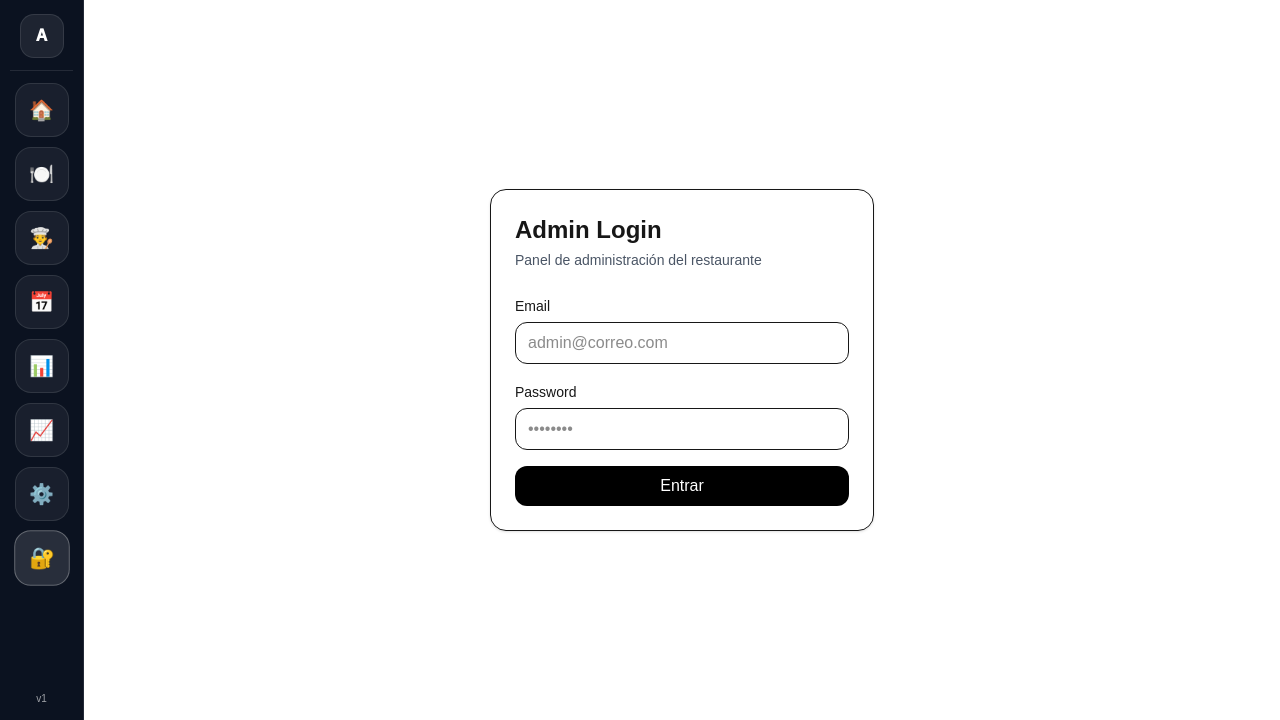
Repository: 69803/admin-panel
Page: /login
The author's editor kept a copy of each file at every save. The page is drawn from the files as they stood at one save, then again after the next save.
The browser window is 1280 px wide. The pictures show the whole page.
The project was rebuilt for these pictures with package versions that can differ from the ones it lists, and the page was loaded fresh each time. The framework's server and built-in components were replaced by stand-ins that run in the browser. Also part of the build but not shown: next.config.ts.

Above is the page before, as saved 2026-02-08 05:46:21.

After the next save:
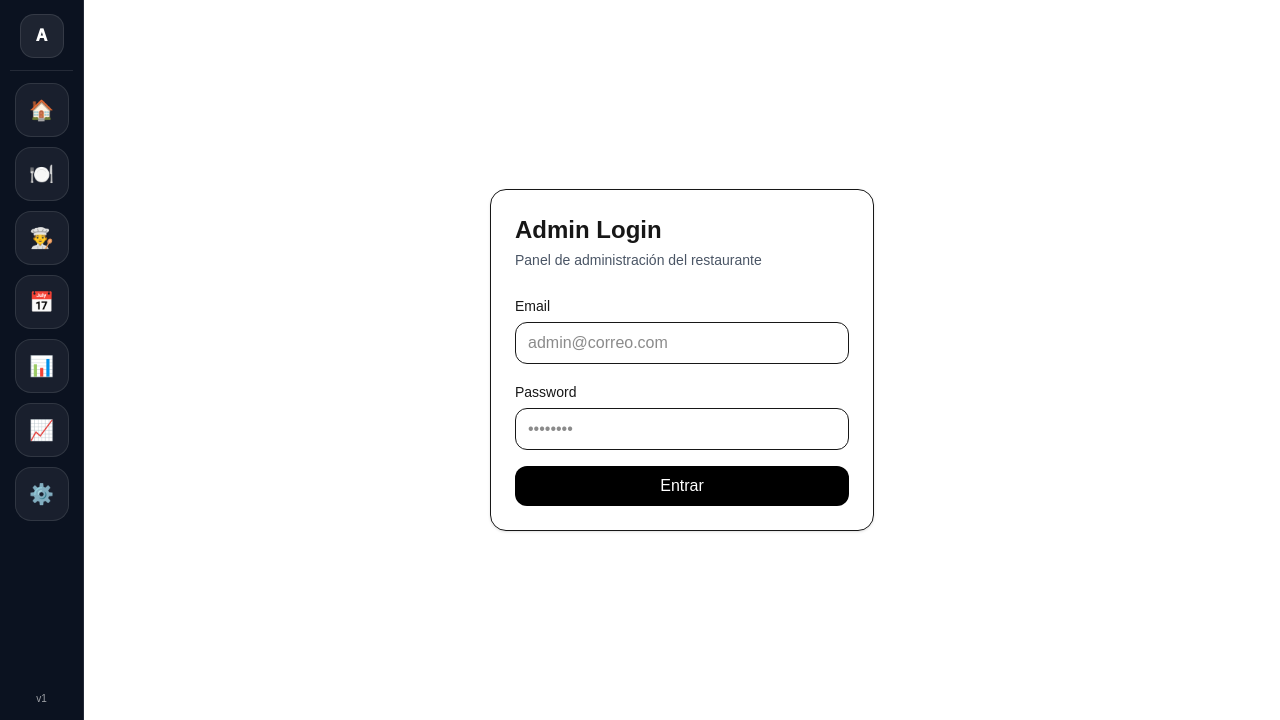
Saved 5 h 37 min later.
--- a/app/components/Sidebar.tsx
+++ b/app/components/Sidebar.tsx
@@ -17,7 +17,7 @@ const items: Item[] = [
   { href: "/admin/reportes", label: "Reportes", icon: "📊" },
   { href: "/admin/analytics", label: "Analytics", icon: "📈" },
   { href: "/admin/config", label: "Config", icon: "⚙️" },
-  { href: "/login", label: "Login", icon: "🔐" },
+
 ];
 
 export default function Sidebar() {
